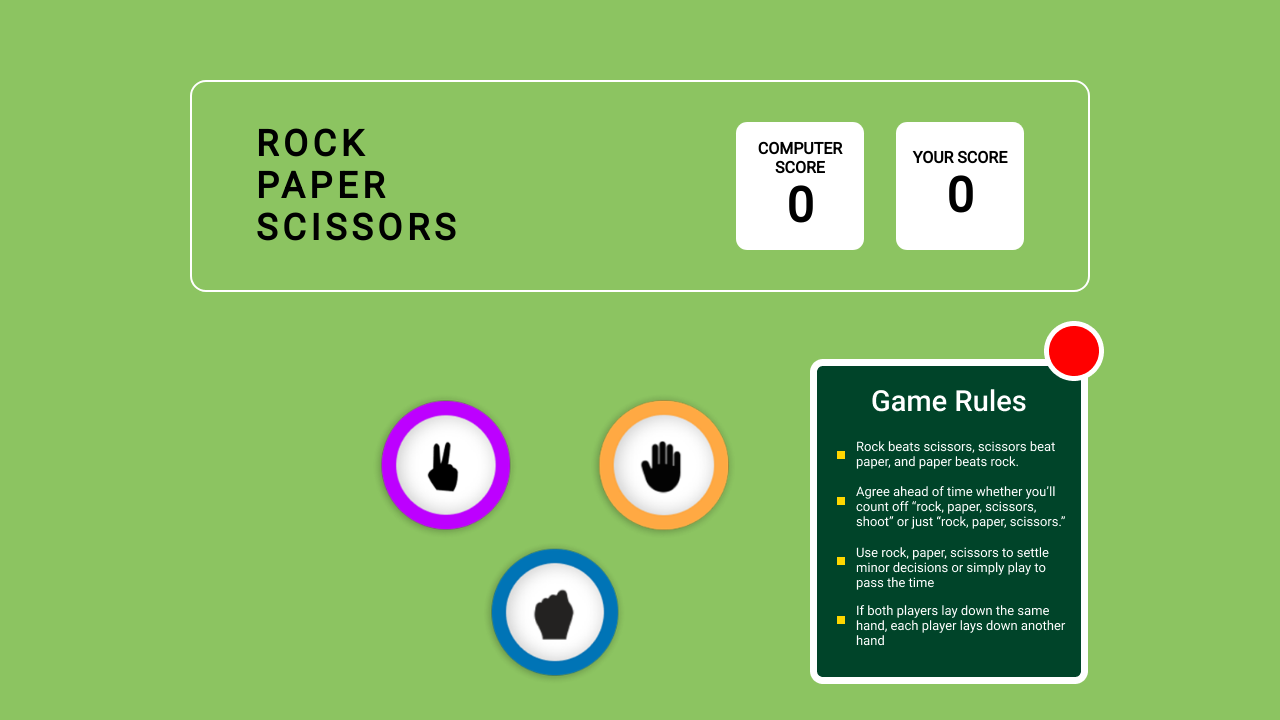
Repository: drumsmanku/Major-module-project-1
Page: index.html
The author's editor kept a copy of each file at every save. The page is drawn from the files as they stood at one save, then again after the next save.
The browser window is 1280 px wide. The pictures show the whole page.

Above is the page before, as saved 2023-04-27 13:56:14.

### index.html
<!DOCTYPE html>
<html lang="en">
<head>
  <meta charset="UTF-8">
  <meta http-equiv="X-UA-Compatible" content="IE=edge">
  <meta name="viewport" content="width=device-width, initial-scale=1.0">
  <link rel="stylesheet" href="styles.css">
  <title>Module Project 1 </title>
</head>
<body>
  <div class="main-container">
    <div class="first-container">
      <div class="text">
        <h1>ROCK PAPER SCISSORS</h1>
      </div>
      <div class="two-boxes">
        <div class="computer-score">
          <h4>COMPUTER SCORE</h4>
          <h1>0</h1>
        </div>
        <div class="your-score">
          <h4>YOUR SCORE</h4>
          <h1>0</h1>
        </div>
      </div>

    </div>

    <div class="second-main-container">
      <div class="second-first-main-container">
        <div class="two-buttons">
          <button class="btn-2"><img src="2.png" alt=""></button>
          <button class="btn-3"><img src="3.png" alt=""></button>
        </div>
        <button class="btn-1"> <img src="1.png" alt=""></button>
      </div>
      <div class="second-second-main-container">
        <div class="img-container">
          <img src="4.png" alt="">
          <button><img src="x.png" alt=""></button>
        </div>

      </div>
    </div>
  </div>

  <script src="script.js"></script>
</body>
</html>

### styles.css
@import url('https://fonts.googleapis.com/css2?family=Roboto&display=swap');

*{
  padding: 0;
  margin: 0;
}

body{
  background-color: #8CC461;
}
.main-container{
  display: flex;
  flex-direction: column;
  align-items: center;
}
.first-container{
  height: 5rem;
  width: 60vw;
  border: 2px solid white;
  background: none;
  border-radius: 1rem;
  padding: 4rem;
  display: flex;
  flex-direction: row;
  align-items: center;
  justify-content: space-between;
  margin-top: 5rem;
}
.text{
  height: inherit;
  width: 20%;
  display: flex;
  flex-wrap: wrap;
  flex-direction: column;
  font-family: 'Roboto';
  letter-spacing: 0.3rem;
  font-size: large;
  justify-content: center;
  align-items: center;
}

.computer-score{
  display: flex;
  flex-direction: column;
  height: 8rem;
  width: 8rem;
  flex-wrap: wrap;
  font-family: 'Roboto';
  justify-content: center;
  align-items: center;
  background-color: white;
  text-align: center;
  border-radius: 0.7rem;
}
.computer-score>h1{
  font-weight: 800;
  font-size: 3rem;
}
.your-score{
  display: flex;
  flex-direction: column;
  height: 8rem;
  width: 8rem;
  flex-wrap: wrap;
  font-family: 'Roboto';
  justify-content: center;
  align-items: center;
  background-color: white;
  text-align: center;
  border-radius: 0.7rem;
  margin-left: 2rem;
}
.your-score>h1{
  font-weight: 800;
  font-size: 3rem;
}
.two-boxes{
  display: flex;
  flex-direction: row;
  justify-content: space-between;
}
.second-main-container{
  display: flex;
  flex-direction: row;
  justify-content: flex-end;
  width: 100vw;
}
.second-first-main-container{
  display: flex;
  flex-direction: column;
  justify-content: flex-end;
  align-items: center;
  height: 55vh;
  width: 40vw;
}
.two-buttons{
  width: inherit;
  display: flex;
  flex-direction: row;
  justify-content: space-evenly;
}
.btn-1{
  background: none;
  border:none;
  cursor: pointer;
}
.btn-2{
  background: none;
  border:none;
  cursor: pointer;
}
.btn-3{
  background: none;
  border:none;
  cursor: pointer;
}
.second-first-main-container img{
  width: 9rem;
}

.second-second-main-container{
  display: flex;
  align-items: flex-end;
  margin-right: 12rem;
}
.second-second-main-container .img-container button{
  background: none;
  border: none;
  cursor: pointer;
  z-index: 999;
  position: absolute;
  right: 11rem;
  bottom: 21rem;
}

Loaded but not shown: script.js (no stored copy; drawn as an empty file)

After the next save:
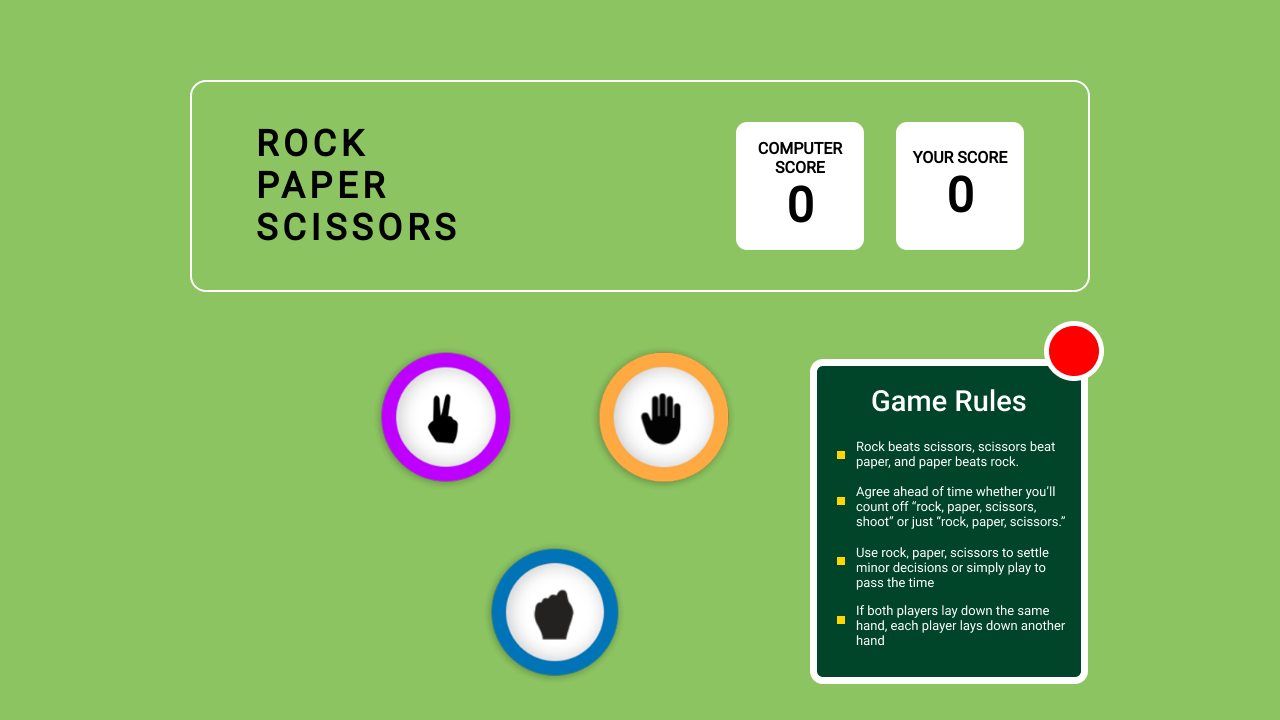
Saved 4 min 27 s later.
--- a/styles.css
+++ b/styles.css
@@ -98,6 +98,7 @@ body{
   display: flex;
   flex-direction: row;
   justify-content: space-evenly;
+  margin-bottom: 3rem;
 }
 .btn-1{
   background: none;
